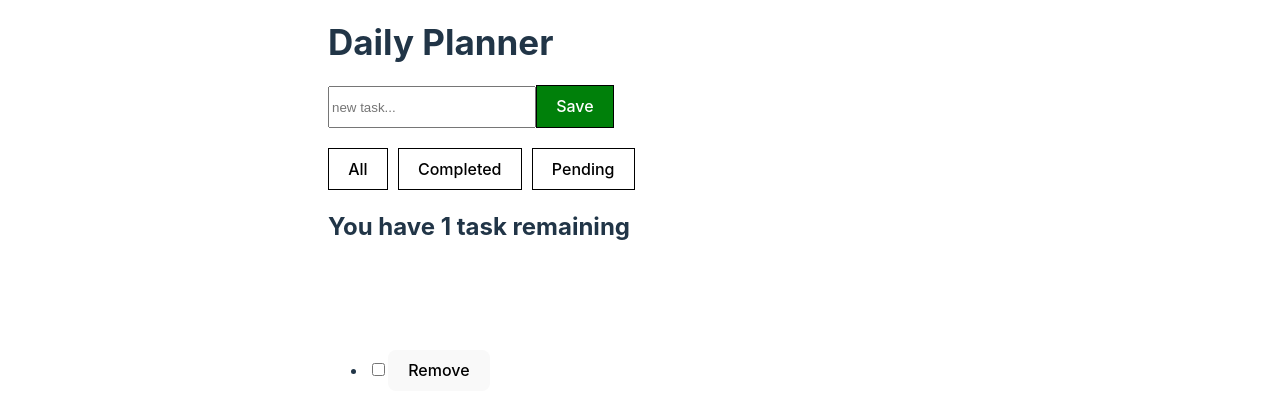
Repository: leslie179/lab4
Page: / (app in lab4/), after clicking the first element matching `button.save`
The author's editor kept a copy of each file at every save. The page is drawn from the files as they stood at one save, then again after the next save.
The browser window is 1280 px wide. The pictures show the whole page.
The project was rebuilt for these pictures with package versions that can differ from the ones it lists, and the page was loaded fresh each time. Also part of the build but not shown: lab4/vite.config.js.

Above is the page before, as saved 2024-10-27 18:47:40.

After the next save:
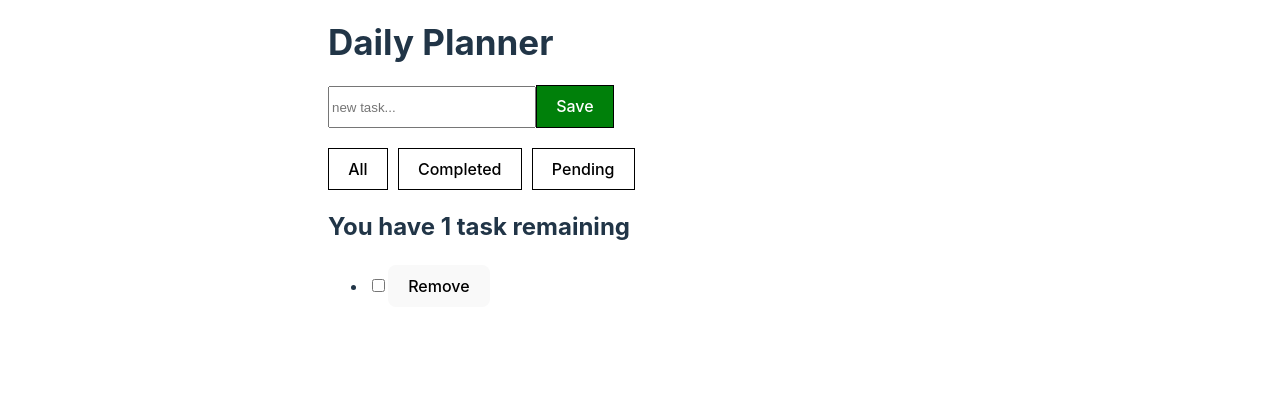
Saved 19 s later.
--- a/lab4/src/App.css
+++ b/lab4/src/App.css
@@ -27,7 +27,7 @@ h1{
 }
 
 .task-font{
-  font-size: 100px;
+  font-weight: bold'
 }
 
 .h2{
